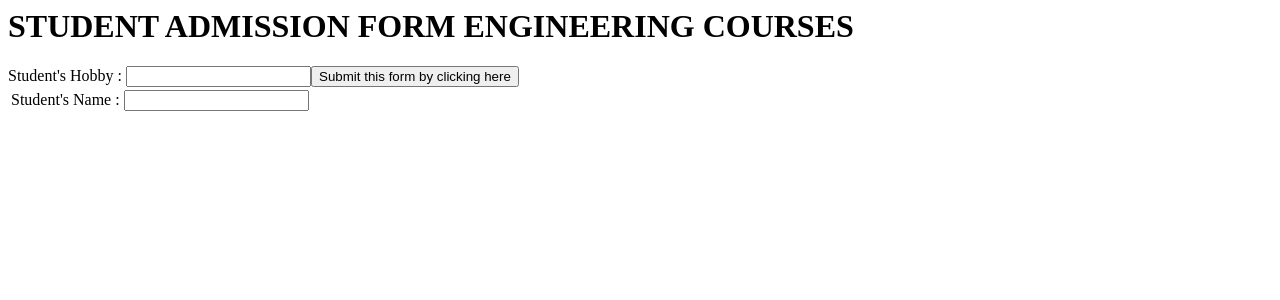
Repository: ahmedLajmi/TestApp
Page: http://localhost/FirstApp/admissionForm
An editor plug-in stored every save of this project. The page is shown before and after the next save, followed by the edit.
The browser window is 1280 px wide. The pictures show the whole page.
The page is served by Tomcat 9.

Above is the page before, as saved 2019-02-06 14:43:39.

After the next save:
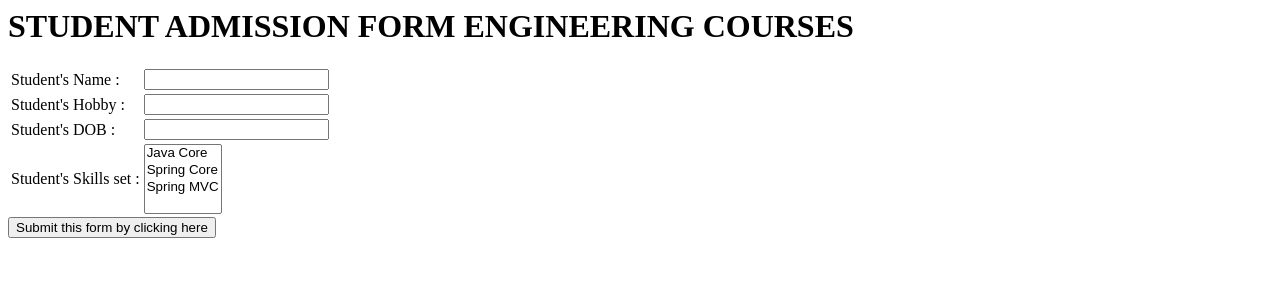
Saved 7 min 21 s later.
--- a/FirstApp/WebContent/WEB-INF/AdmissionForm.jsp
+++ b/FirstApp/WebContent/WEB-INF/AdmissionForm.jsp
@@ -5,12 +5,30 @@
 		<form action="/FirstApp/SubmitAdmissionForm" method="post">
 			<table>
 				<tr>
-					<td>Student's Name : <input type="text" name="studentName" > </td>
+					<td>Student's Name :</td>
+					<td><input type="text" name="studentName" ></td>
 				</tr>
 				<tr>
-					Student's Hobby : <input type="text" name="studentHobby">
+					<td>Student's Hobby :</td>
+					<td><input type="text" name="studentHobby" ></td>
 				</tr>
-			<input type="submit" value="Submit this form by clicking here"  />
+				<tr>
+					<td>Student's DOB :</td>
+					<td><input type="text" name="studentDOB" ></td>
+				</tr>
+				<tr>
+					<td>Student's Skills set :</td>
+					<td>
+						<select name="studentSkills" multiple>
+							<option value="Java Core">Java Core</option>
+							<option value="Spring Core">Spring Core</option>
+							<option value="Spring MVC">Spring MVC</option>
+
+					</td>
+				</tr>
+			</table>
+							<input type="submit" value="Submit this form by clicking here"  />
+
 		</form>
 	</body>
 </html>
